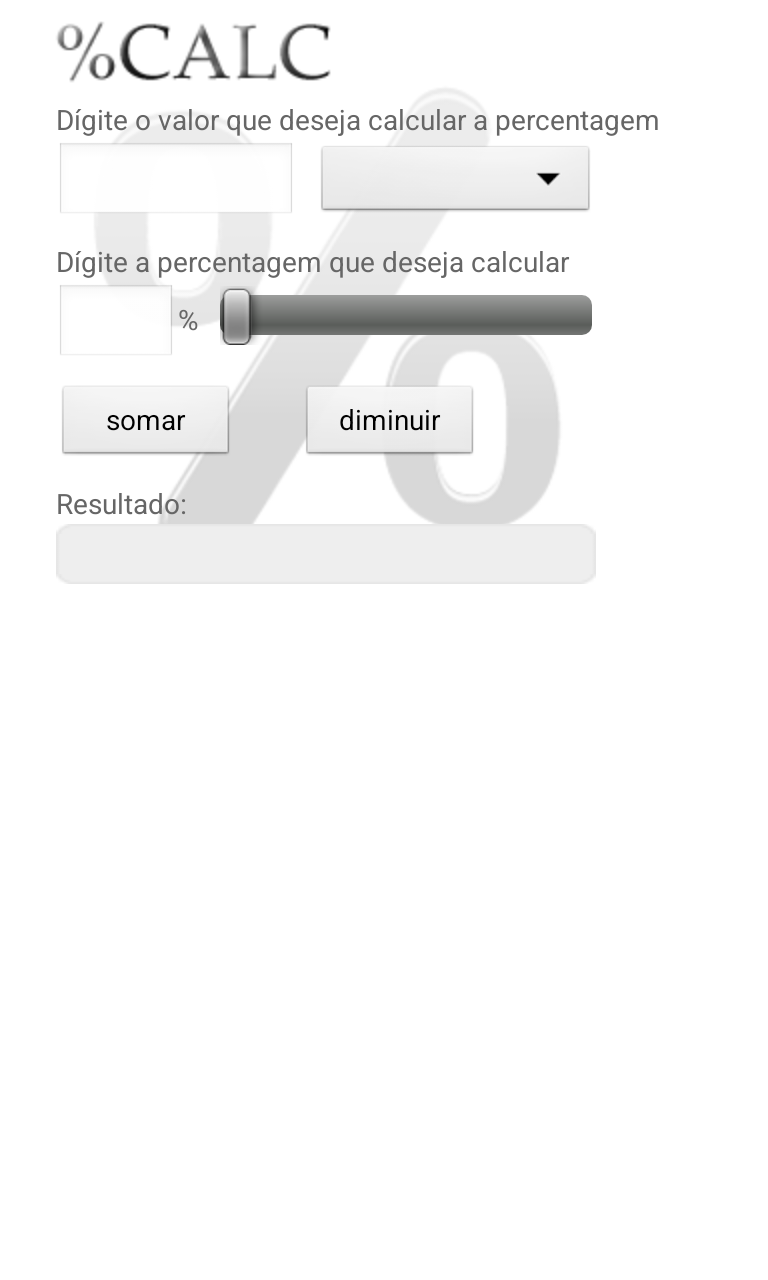
Repository: leoclaro/percentcalc
Layout: CalcularPercentagem/res/layout/main.xml
These files come from the project's save history. The layout is drawn as it stood at one moment and after the next save; the edit follows.
It is drawn on a 768 x 1280 px phone screen (xhdpi) without system bars, with theme android:Theme; the app's code is not run.

Above is the layout before, as saved 2012-05-10 14:25:53.

### CalcularPercentagem/res/layout/main.xml
<?xml version="1.0" encoding="utf-8"?>
<RelativeLayout xmlns:android="http://schemas.android.com/apk/res/android"
    android:layout_width="fill_parent"
    android:layout_height="fill_parent"
    android:background="@android:color/white" >

    <ImageView
        android:id="@+id/imageViewBG"
        android:layout_width="500dp"
        android:layout_height="500dp"
        android:scaleType="matrix"
        android:layout_marginTop="5dp"
        android:contentDescription="@string/image_bg"
        android:src="@drawable/bg" />

    <ScrollView
        android:id="@+id/scrollView1"
        android:layout_width="wrap_content"
        android:layout_height="wrap_content"
        android:layout_marginTop="50dp"
        android:layout_marginBottom="10dp" >

        <RelativeLayout xmlns:android="http://schemas.android.com/apk/res/android"
		    android:layout_width="fill_parent"
		    android:layout_height="wrap_content" >

		    <TextView
		        android:id="@+id/textViewValor"
		        android:layout_width="fill_parent"
		        android:layout_height="wrap_content"
		        android:layout_alignParentLeft="true"
		        android:layout_alignParentTop="true"
		        android:layout_marginLeft="28dp"
		        android:text="@string/label_valor"
		        android:textColor="#ff666666" />

		    <EditText
		        android:id="@+id/editTextValor"
		        android:layout_width="120dp"
		        android:layout_height="40dp"
		        android:layout_alignLeft="@+id/textViewValor"
		        android:layout_below="@+id/textViewValor"
		        android:layout_marginTop="2dp"
		        android:ems="10"
		        android:inputType="numberDecimal" />

		    <Spinner
		        android:id="@+id/spinnerParcelas"
		        android:layout_width="140dp"
		        android:layout_height="40dp"
		        android:layout_below="@+id/textViewValor"
		        android:layout_marginLeft="158dp"
		        android:layout_marginTop="2dp"
		        android:prompt="@array/spinner_parcelas" />

		    <TextView
		        android:id="@+id/textViewPercentagem"
		        android:layout_width="fill_parent"
		        android:layout_height="wrap_content"
		        android:layout_alignLeft="@+id/textViewValor"
		        android:layout_below="@+id/editTextValor"
		        android:layout_marginTop="10dp"
		        android:text="@string/label_percentagem"
		        android:textColor="#ff666666" />

		    <EditText
		        android:id="@+id/editTextPercentagem"
		        android:layout_width="60dp"
		        android:layout_height="40dp"
		        android:layout_alignLeft="@+id/textViewValor"
		        android:layout_below="@+id/textViewPercentagem"
		        android:layout_marginTop="2dp"
		        android:ems="6"
		        android:inputType="numberDecimal" />

		    <TextView
		        android:id="@+id/textViewPercentagemSinal"
		        android:layout_width="fill_parent"
		        android:layout_height="wrap_content"
		        android:layout_below="@+id/textViewPercentagem"
		        android:layout_marginLeft="89dp"
		        android:layout_marginTop="10dp"
		        android:text="@string/label_percentagem_sinal"
		        android:textColor="#ff666666" />

		    <SeekBar
		        android:id="@+id/seekBarPercentagem"
		        android:layout_width="186dp"
		        android:layout_height="wrap_content"
		        android:layout_below="@+id/textViewPercentagem"
		        android:layout_marginLeft="110dp"
		        android:layout_marginTop="3dp"
		        android:max="1000" />

		    <Button
		        android:id="@+id/buttonSomar"
		        android:layout_width="90dp"
		        android:layout_height="40dp"
		        android:layout_alignLeft="@+id/textViewValor"
		        android:layout_below="@+id/editTextPercentagem"
		        android:layout_marginTop="10dp"
		        android:text="@string/button_somar" />

		    <Button
		        android:id="@+id/buttonDiminuir"
		        android:layout_width="90dp"
		        android:layout_height="40dp"
		        android:layout_below="@+id/editTextPercentagem"
		        android:layout_marginLeft="150dp"
		        android:layout_marginTop="10dp"
		        android:text="@string/button_diminuir" />

		    <TextView
	            android:id="@+id/textViewLabelResultado"
	            android:layout_width="fill_parent"
	            android:layout_height="wrap_content"
	            android:layout_alignLeft="@+id/textViewValor"
	            android:layout_marginTop="10dp"
	            android:layout_below="@+id/buttonSomar"
	            android:text="@string/label_resultado"
	            android:textColor="#ff666666" />

		    <RelativeLayout
		        android:id="@+id/relativeLayoutBgResultadoTop"
		        android:layout_width="270dp"
		        android:layout_height="5dp"
		        android:layout_below="@+id/textViewLabelResultado"
		        android:layout_marginTop="1dp"
		        android:layout_alignLeft="@+id/textViewValor"
		        android:background="@drawable/bg_resultado_top">
			</RelativeLayout>

		    <RelativeLayout
		        android:id="@+id/relativeLayoutBgResultado"
		        android:layout_width="270dp"
		        android:layout_height="wrap_content"
		        android:layout_alignLeft="@+id/textViewValor"
		        android:layout_below="@+id/relativeLayoutBgResultadoTop"
		        android:background="@drawable/bg_resultado" >

		        <TextView
		            android:id="@+id/textViewResultado"
		            android:layout_width="fill_parent"
		            android:layout_height="wrap_content"
		            android:layout_marginLeft="12dp"
		            android:layout_marginTop="1dp"
		            android:textColor="#ff666666" />

		    </RelativeLayout>

		    <RelativeLayout
		        android:id="@+id/relativeLayoutBgResultadoBottom"
		        android:layout_width="270dp"
		        android:layout_height="5dp"
		        android:layout_below="@+id/relativeLayoutBgResultado"
		        android:layout_alignLeft="@+id/textViewValor"
		        android:background="@drawable/bg_resultado_bottom">
			</RelativeLayout>

        </RelativeLayout>
    </ScrollView>

</RelativeLayout>

### CalcularPercentagem/res/values/strings.xml
<?xml version="1.0" encoding="utf-8"?>
<resources>

    <string name="label_valor">Dígite o valor que deseja calcular a percentagem</string>
    <string name="app_name">Calcular Percentagem</string>
    <string name="label_percentagem">Dígite a percentagem que deseja calcular</string>
    <string name="label_percentagem_sinal">%</string>
    <string name="label_sobre">sobre</string>
    <string name="button_somar">somar</string>
    <string name="button_diminuir">diminuir</string>
    <string name="image_bg">fundo</string>
    <string name="label_resultado">Resultado: </string>
    <string-array name="spinner_parcelas">
        <item>meses</item>
        <item>1</item>
        <item>2</item>
        <item>3</item>
        <item>4</item>
        <item>5</item>
        <item>6</item>
        <item>7</item>
        <item>8</item>
        <item>9</item>
        <item>10</item>
        <item>11</item>
        <item>12</item>
    </string-array>

</resources>

After the next save:
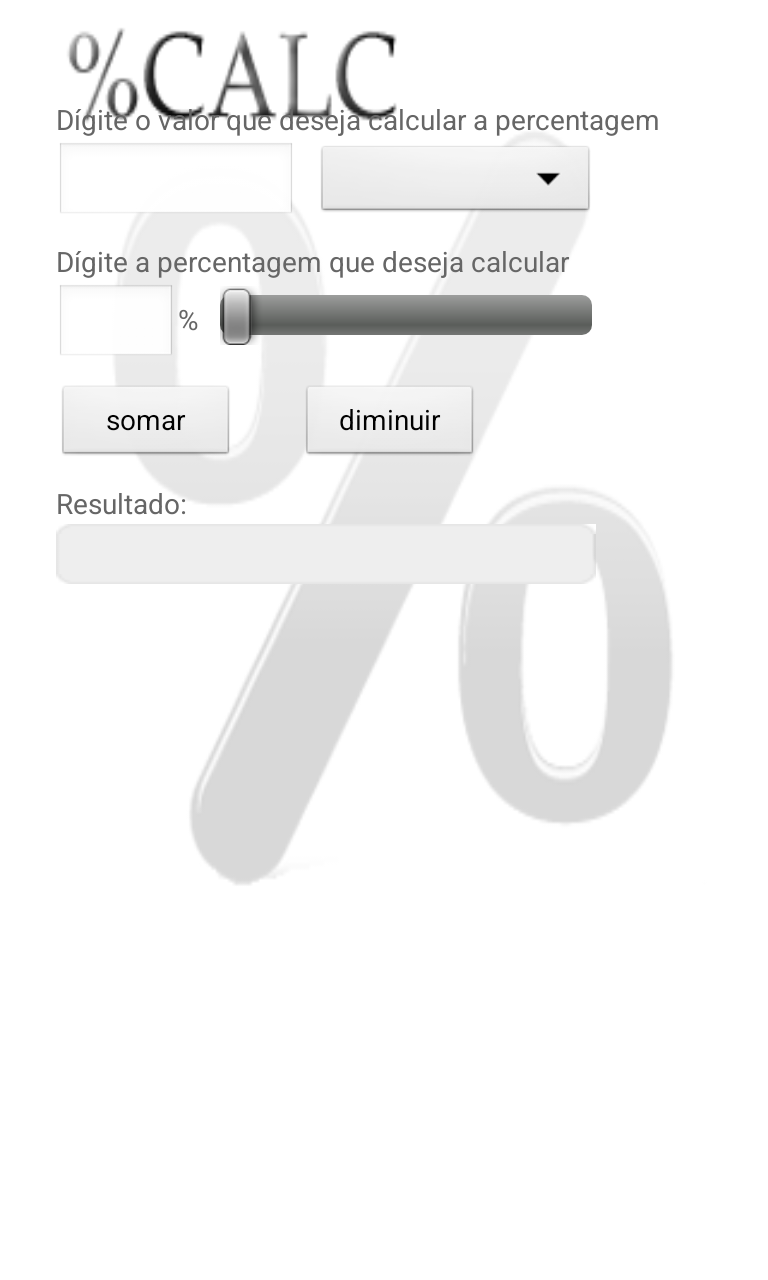
Saved 10 s later.
--- a/CalcularPercentagem/res/layout/main.xml
+++ b/CalcularPercentagem/res/layout/main.xml
@@ -8,7 +8,7 @@
         android:id="@+id/imageViewBG"
         android:layout_width="500dp"
         android:layout_height="500dp"
-        android:scaleType="matrix"
+        android:scaleType="fitXY"
         android:layout_marginTop="5dp"
         android:contentDescription="@string/image_bg"
         android:src="@drawable/bg" />
